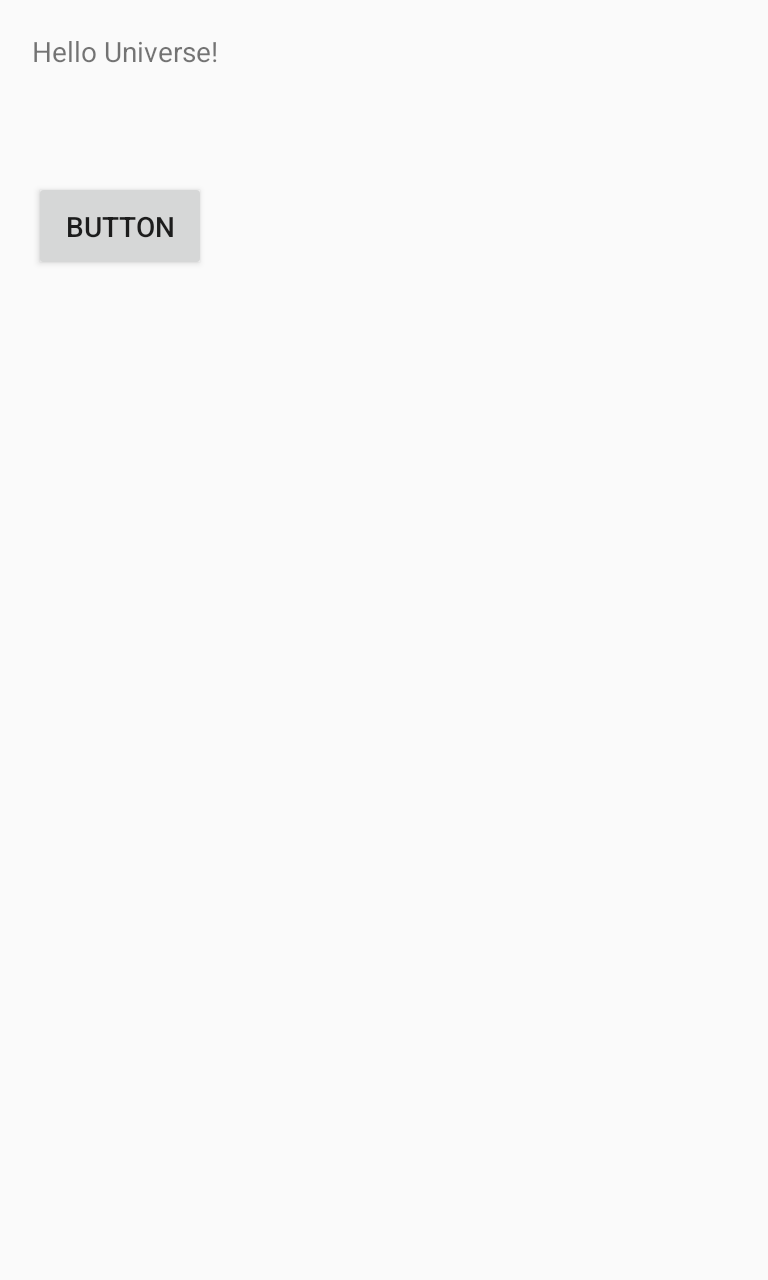
Repository: Philip-Lawson/Final-Project
Layout: Final Project/TestDevice/res/layout/activity_main.xml
An editor plug-in stored every save of this project. The layout is shown before and after a run of saves, followed by the edit.
It is drawn on a 768 x 1280 px phone screen (xhdpi) without system bars, with theme AppTheme; the app's code is not run. Lists and similar views that code fills are empty.

Above is the layout before, as saved 2015-06-20 14:56:11.

### Final Project/TestDevice/res/layout/activity_main.xml
<RelativeLayout xmlns:android="http://schemas.android.com/apk/res/android"
    xmlns:tools="http://schemas.android.com/tools"
    android:layout_width="match_parent"
    android:layout_height="match_parent"
    android:paddingBottom="@dimen/activity_vertical_margin"
    android:paddingLeft="@dimen/activity_horizontal_margin"
    android:paddingRight="@dimen/activity_horizontal_margin"
    android:paddingTop="@dimen/activity_vertical_margin"
    tools:context="com.firsttry.testdevice.MainActivity" >

    <TextView
        android:id="@+id/textView1"
        android:layout_width="wrap_content"
        android:layout_height="wrap_content"
        android:text="@string/hello_world" />

    <GridView
        android:id="@+id/gridView1"
        android:layout_width="match_parent"
        android:layout_height="wrap_content"
        android:layout_alignLeft="@+id/textView1"
        android:layout_below="@+id/textView1"
        android:layout_marginTop="54dp"
        android:numColumns="3" >
    </GridView>

    <Button
        android:id="@+id/button1"
        android:layout_width="wrap_content"
        android:layout_height="wrap_content"
        android:layout_alignTop="@+id/gridView1"
        android:text="Button" />

</RelativeLayout>

### Final Project/TestDevice/res/values/strings.xml
<?xml version="1.0" encoding="utf-8"?>
<resources>

    <string name="app_name">TestDevice</string>
    <string name="hello_world">Hello Universe!</string>
    <string name="action_settings">Settings</string>
    <string name="button_name">Feckin\' Button!</string>

</resources>

Loaded but not shown: Final Project/TestDevice/res/values/styles.xml (common file); Final Project/TestDevice/res/values-v11/styles.xml (common file); Final Project/TestDevice/res/values-v14/styles.xml (common file); Final Project/TestDevice/res/values/dimens.xml (common file); Final Project/TestDevice/res/values-w820dp/dimens.xml (common file)

After the next 2 saves:
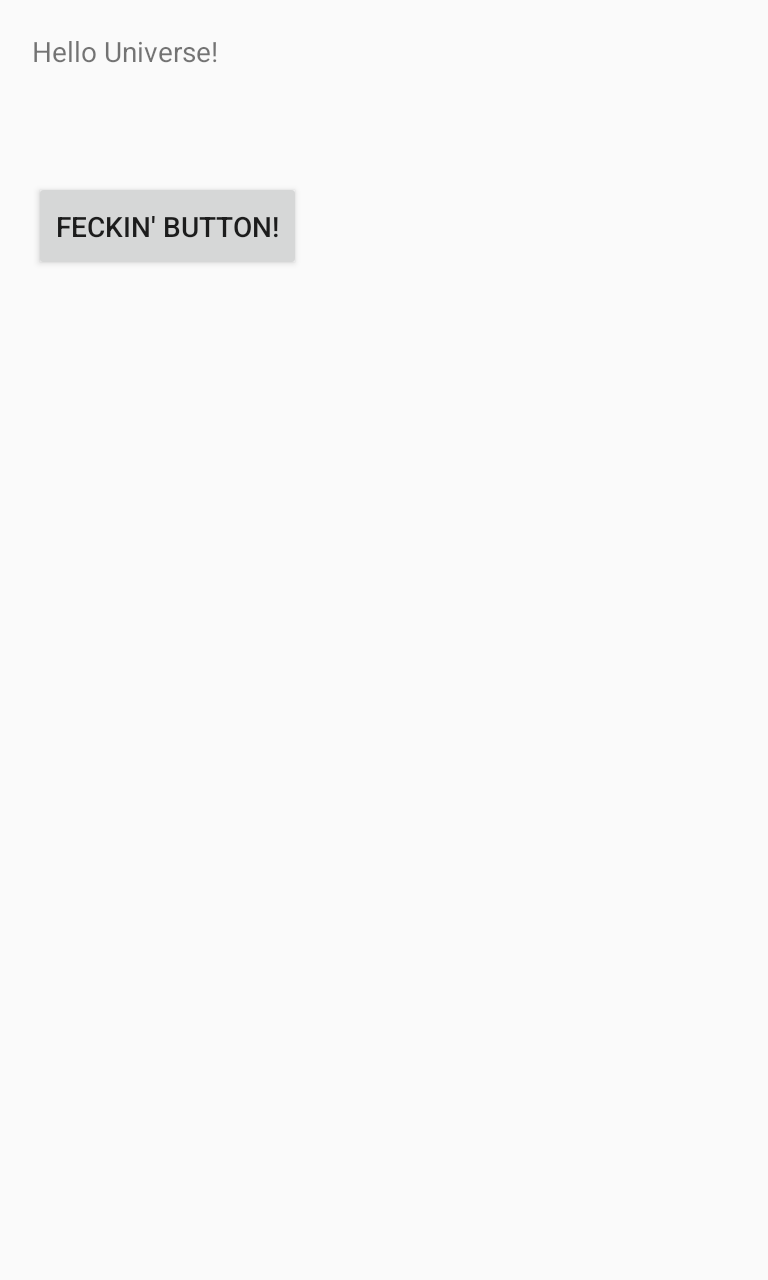
The 2 saves are shown as one change because 1 did not build or start.
The last was saved 61 s later.
--- a/Final Project/TestDevice/res/layout/activity_main.xml
+++ b/Final Project/TestDevice/res/layout/activity_main.xml
@@ -29,6 +29,6 @@
         android:layout_width="wrap_content"
         android:layout_height="wrap_content"
         android:layout_alignTop="@+id/gridView1"
-        android:text="Button" />
+        android:text="@string/button_name" />
 
 </RelativeLayout>
